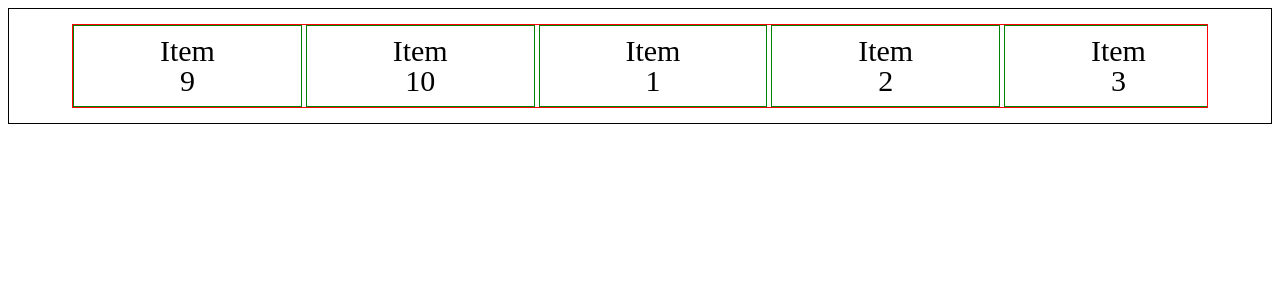
Repository: SAYYODTURINALIYEV/sassasa
Page: snov.html
The author's editor kept a copy of each file at every save. The page is drawn from the files as they stood at one save, then again after the next save.
The browser window is 1280 px wide. The pictures show the whole page.

Above is the page before, as saved 2022-05-19 16:45:22.

After the next save:
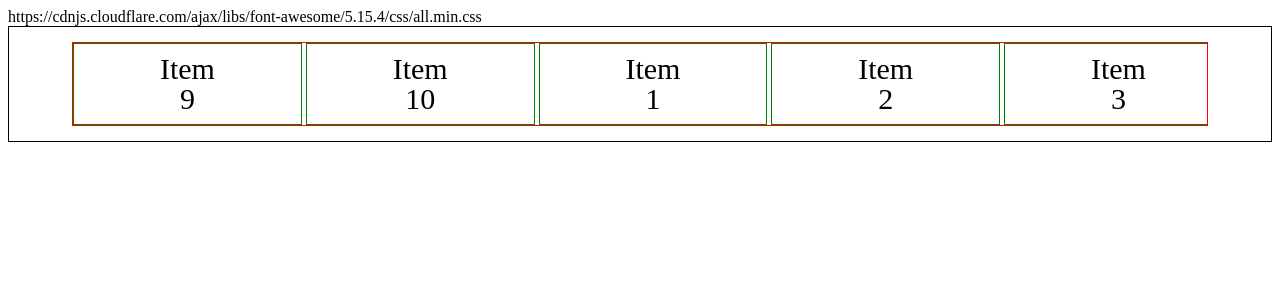
Saved 3 min 47 s later.
--- a/snov.html
+++ b/snov.html
@@ -6,7 +6,7 @@
     <meta http-equiv="X-UA-Compatible" content="IE=edge">
     <meta name="viewport" content="width=device-width, initial-scale=1.0">
     <title>Document</title>
-    <link rel="stylesheet" href="snov.css">
+    <link rel="stylesheet" href="snov.css"> https://cdnjs.cloudflare.com/ajax/libs/font-awesome/5.15.4/css/all.min.css
 </head>
 
 <body>

After the save that followed:
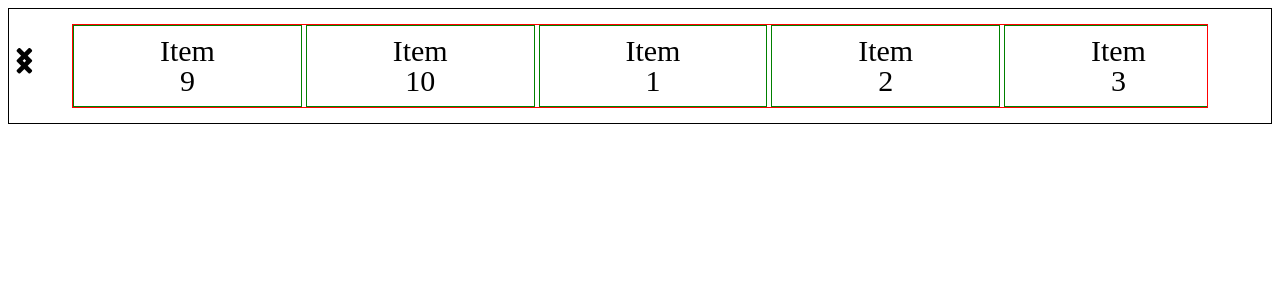
Saved 7 s later.
--- a/snov.html
+++ b/snov.html
@@ -6,7 +6,8 @@
     <meta http-equiv="X-UA-Compatible" content="IE=edge">
     <meta name="viewport" content="width=device-width, initial-scale=1.0">
     <title>Document</title>
-    <link rel="stylesheet" href="snov.css"> https://cdnjs.cloudflare.com/ajax/libs/font-awesome/5.15.4/css/all.min.css
+    <link rel="stylesheet" href="snov.css">
+    <link rel="stylesheet" href="https://cdnjs.cloudflare.com/ajax/libs/font-awesome/5.15.4/css/all.min.css">
 </head>
 
 <body>
